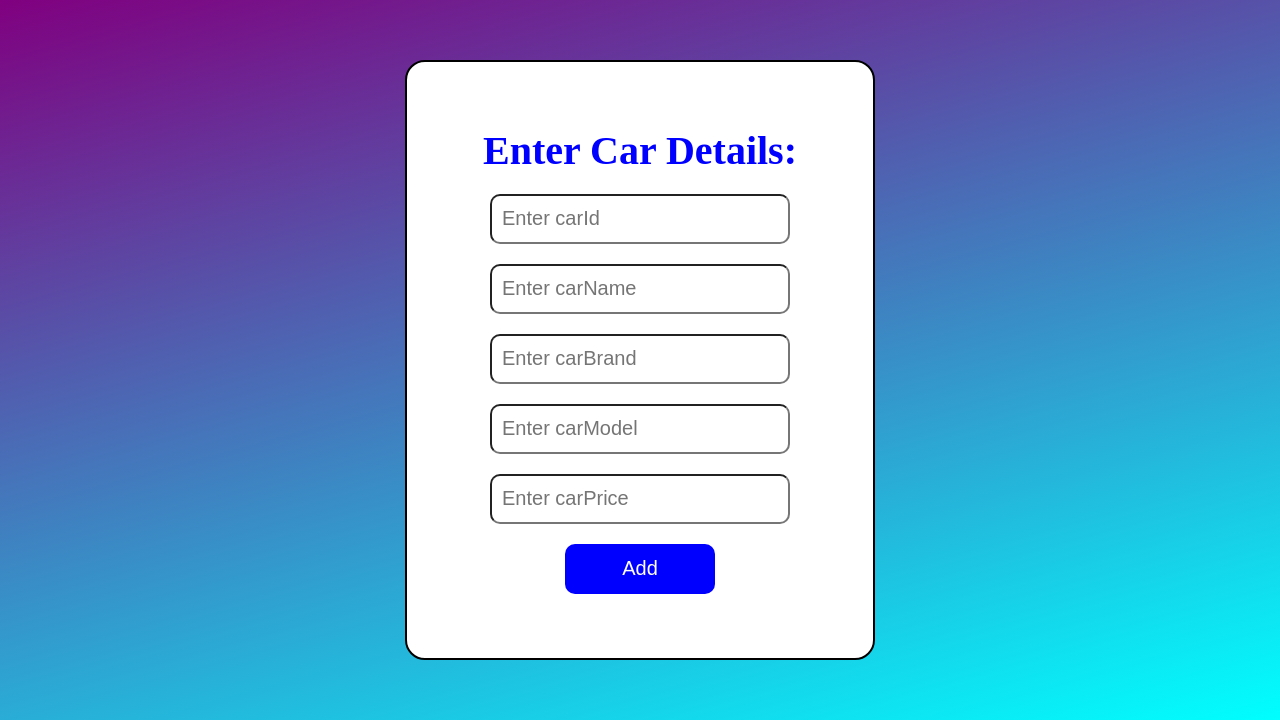
Repository: Dhirajkumar02/Advance-Java--J2EE-
Page: ServletProjecct_CarDB/src/main/webapp/AddCar.html
These files come from the project's save history. The page is drawn as it stood at one moment and after the next save; the edit follows.
The browser window is 1280 px wide. The pictures show the whole page.

Above is the page before, as saved 2024-11-14 19:14:42.

After the next save:
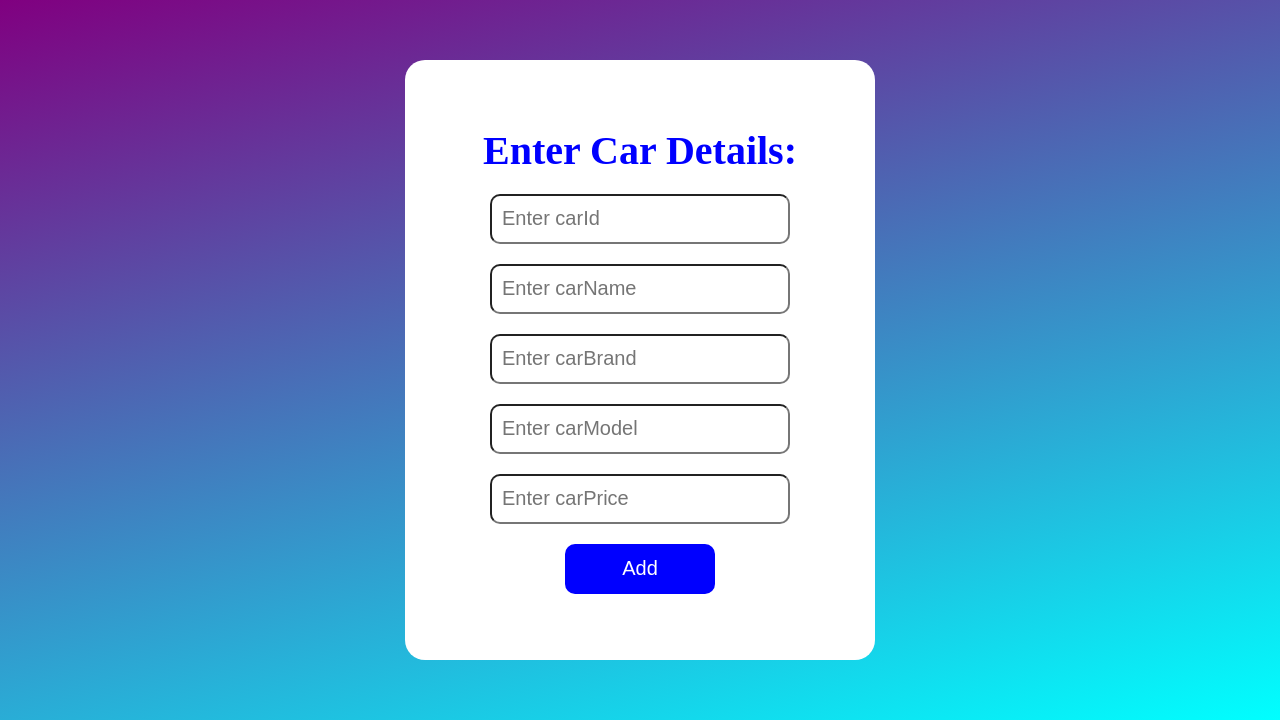
Saved 7 min 33 s later.
--- a/ServletProjecct_CarDB/src/main/webapp/AddCar.html
+++ b/ServletProjecct_CarDB/src/main/webapp/AddCar.html
@@ -17,7 +17,7 @@ align-items: center;
 background: linear-gradient(165deg, purple, aqua);
 }
 form {
-  border: 2px solid black;
+/*   border: 2px solid black; */
   background: #fff;
   height: 600px;
   width: 470px;
